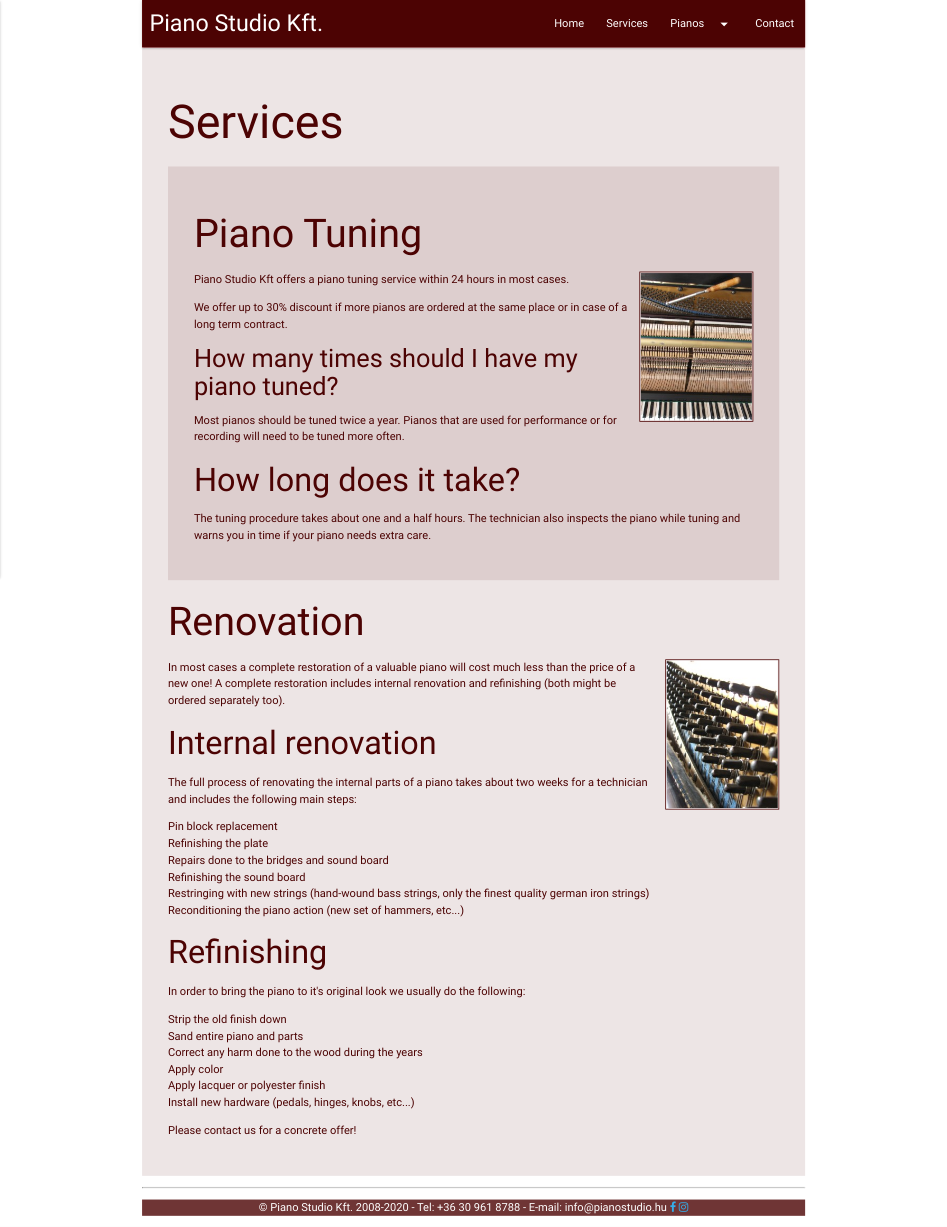
Repository: badiattila/pianostudioheroku
Page: http://localhost/services
The author's editor kept a record of every edit. The page is drawn from the files as they stood at one moment, then again after the next edit.
The browser window is 1280 px wide. The pictures show the whole page, at 74% of full size.
Some web libraries are served in a nearby version. The page is served by the project's application, run on Flask 3 (app.py).

Above is the page before.

### templates/services.html
{% extends 'base.html' %} {% block content %}

<!-- Services -->
<div class="op" id="services">
    <h1>Services</h1>
    <p></p>

    <div>
        <div class="op" id="tuning">
            <h2 id="tuning">Piano Tuning</h2>
            <img class="right-teaser" src="{{url_for('static', filename='pictures/hangolas.jpg')}}" alt="Piano Tuning" />
            <p>Piano Studio Kft offers a piano tuning service within 24 hours in most cases.</p>

            <p>We offer up to 30% discount if more pianos are ordered at the same place or in case of a long term contract.</p>

            <h4>How many times should I have my piano tuned?</h3>
            <p>Most pianos should be tuned twice a year. Pianos that are used for performance or for recording will need to be tuned more often.</p>

            <h3>How long does it take?</h3>
            <p>The tuning procedure takes about one and a half hours. The technician also inspects the piano while tuning and warns you in time if your piano needs extra care.</p>
        </div>
        <div>
            <h2 id="renovation">Renovation</h2>
            <img class="right-teaser" src="{{url_for('static', filename='pictures/pins.jpg')}}" alt="Piano Pins" />
            <p>In most cases a complete restoration of a valuable piano will cost much less than the price of a new one! A complete restoration includes internal renovation and refinishing (both might be ordered separately too).</p>

            <h3>Internal renovation</h3>
            <p>The full process of renovating the internal parts of a piano takes about two weeks for a technician and includes the following main steps:</p>
            <ul>
                <li>Pin block replacement</li>
                <li>Refinishing the plate</li>
                <li>Repairs done to the bridges and sound board</li>
                <li>Refinishing the sound board</li>
                <li>Restringing with new strings (hand-wound bass strings, only the finest quality german iron strings)</li>
                <li>Reconditioning the piano action (new set of hammers, etc...)</li>
            </ul>
            <h3>Refinishing</h3>
            <p>In order to bring the piano to it's original look we usually do the following:</p>
            <ul>
                <li>Strip the old finish down</li>
                <li>Sand entire piano and parts</li>
                <li>Correct any harm done to the wood during the years</li>
                <li>Apply color</li>
                <li>Apply lacquer or polyester finish</li>
                <li>Install new hardware (pedals, hinges, knobs, etc...)</li>
            </ul>
            <p>Please contact us for a concrete offer!</p>
        </div>
    </div>
</div>
<hr> {% endblock %}

### templates/base.html
<!DOCTYPE html>

<html lang="en">

<head>

    <!-- Meta tags -->
    <meta charset="utf-8">
    <!-- Font awsome -->
    <link rel="stylesheet" href="https://maxcdn.bootstrapcdn.com/font-awesome/4.7.0/css/font-awesome.min.css" type="text/css" />
    <!-- Hover -->
    <link rel="stylesheet" href="https://cdnjs.cloudflare.com/ajax/libs/hover.css/2.1.1/css/hover-min.css" type="text/css" />
    <!-- Material icons by Google -->
    <link href="https://fonts.googleapis.com/icon?family=Material+Icons" rel="stylesheet">
    <!-- Compiled and minified materialize CSS -->
    <link rel="stylesheet" href="https://cdnjs.cloudflare.com/ajax/libs/materialize/0.100.2/css/materialize.min.css">
    <!-- Specific Css for this website -->
    <link rel="stylesheet" href="{{url_for('static', filename='css/style.css')}}" type="text/css" />

    <title>Piano Studio Kft. - Services - </title>
    <link href="{{url_for('static', filename='pictures/favicon.ico')}}" rel="shortcut icon" type="image/x-icon" />
    <meta name="description" content="Piano rental, tuning and repair - Piano Studio Kft." />
    <meta name="keywords" content="Piano rental,piano tuning,piano repair,piano studio" />
    <meta name="copyright" content="Piano Studio Kft." />
    <meta name="author" content="Attila Badi/Piano Studio Kft." />
    <meta name="email" content="info@pianostudio.hu" /> {% block head %} {% endblock %}


</head>

<body>
    <div class="container">
        <header>
            <ul id="dropdown2" class="dropdown-content">
                <li><a href="{{url_for('pianos_for_sale')}}">Sale</a></li>
                <li><a href="{{url_for('createadd')}}">Create Add</a></li>
            </ul>
            <nav>
                <div class="nav-wrapper redbg">
                    <a href="{{url_for('index')}}" class="brand-logo">Piano Studio Kft.</a>
                    <a href="#" data-activates="mobile-demo" class="button-collapse"><i class="material-icons">menu</i></a>
                    <ul id="nav-mobile" class="right hide-on-med-and-down">
                        <li><a href="{{url_for('index')}}">Home</a></li>
                        <li><a href="{{url_for('services')}}">Services</a></li>
                        <!-- Dropdown Trigger -->
                        <li><a class="dropdown-trigger" href="#!" data-target="dropdown2">Pianos<i class="material-icons right">arrow_drop_down</i></a></li>

                        <li><a href="{{url_for('contact')}}">Contact</a></li>
                    </ul>
                    <ul class="side-nav" id="mobile-demo">
                        <li><a href="{{url_for('index')}}">Home</a></li>
                        <li><a href="{{url_for('services')}}">Services</a></li>
                        <li><a href="{{url_for('pianos_for_sale')}}">Sale</a></li>
                        <li><a href="{{url_for('createadd')}}">Create Add</a></li>
                        <li><a href="{{url_for('contact')}}">Contact</a></li>
                    </ul>
                </div>
            </nav>

        </header>
        {% block content %} {% endblock %}

        <footer class="footer redbg">
            <p>&copy; Piano Studio Kft. 2008-2020 - Tel: +36 30 961 8788 - E-mail: info@pianostudio.hu
                <a target="_blank" href="https://www.facebook.com/zongoraterem"><i class="fa fa-facebook" aria-hidden="true"></i></a>
                <a target="_blank" href="https://www.instagram.com/pianostudiokft"><i class="fa fa-instagram" aria-hidden="true"></i></a>
            </p>
        </footer>
    </div>

    <script src="https://code.jquery.com/jquery-3.4.1.min.js" integrity="sha256-CSXorXvZcTkaix6Yvo6HppcZGetbYMGWSFlBw8HfCJo=" crossorigin="anonymous"></script>
    <script src="https://cdnjs.cloudflare.com/ajax/libs/materialize/0.100.2/js/materialize.min.js"></script>

    <script>
        $(document).ready(function() {
            $('.modal').modal();
            $('.dropdown-trigger').dropdown();
            $('.collapsible').collapsible();
            $('select').material_select();
            $('.button-collapse').sideNav();
        });
    </script>

</body>

</html>

### app.py
import os
from flask import Flask, render_template, redirect, request, url_for
from flask_pymongo import PyMongo
from bson.objectid import ObjectId
from flask_mail import Mail, Message

app = Flask(__name__)

app.config["MONGO_DBNAME"] = 'piano_studio'
app.config["MONGO_URI"] = 'mongodb://attilabadi:K00nK00n1234@mycodeinstitutecluster-shard-00-00-wpsfr.mongodb.net:27017,mycodeinstitutecluster-shard-00-01-wpsfr.mongodb.net:27017,mycodeinstitutecluster-shard-00-02-wpsfr.mongodb.net:27017/piano_studio?ssl=true&replicaSet=MyCodeInstituteCluster-shard-0&authSource=admin&retryWrites=true&w=majority'
mongo = PyMongo(app)

app.config.update(
	DEBUG=True,
	#EMAIL SETTINGS
	MAIL_SERVER='mail.pianostudio.hu',
	MAIL_PORT=465,
	MAIL_USE_SSL=True,
	MAIL_USERNAME = 'contact@pianostudio.hu',
	MAIL_PASSWORD = os.environ.get('SMTPPW')
	)
mail = Mail(app)

@app.route('/')
@app.route('/index')
def index():
        return render_template("index.html")

@app.route('/contact')
def contact():
        return render_template("contact.html")

@app.route('/services')
def services():
        return render_template("services.html")

@app.route('/pianos_for_sale')
def pianos_for_sale():
        return render_template("pianos_for_sale.html", pianos=mongo.db.pianos_4_sale.find(), images=mongo.db.pianos_4_sale.find())

@app.route('/createadd')
def createadd():
        return render_template("create_add.html")

@app.route('/insert_add', methods=['POST'])
def insert_add():
        file_id = mongo.save_file(request.files['picture'].filename, request.files['picture'])
        mongo.db.pianos_4_sale.insert({
            'brand': request.form.get('brand') ,
            'description' : request.form.get('description') ,
            'age' : request.form.get('age') ,
            'price' : request.form.get('price') ,
            'file_name' : request.files['picture'].filename})
        return redirect(url_for('pianos_for_sale'))

@app.route('/file/<file_name>')
def file(file_name):
    return mongo.send_file(file_name)

@app.route('/delete_piano/<piano_id>')
def delete_piano(piano_id):
    mongo.db.pianos_4_sale.remove({'_id': ObjectId(piano_id)})
    return redirect(url_for('pianos_for_sale'))

@app.route('/edit_piano/<piano_id>')
def edit_piano(piano_id):
    return render_template('edit_piano.html', piano=mongo.db.pianos_4_sale.find_one({"_id": ObjectId(piano_id)}))


@app.route('/update_piano/<piano_id>', methods=['POST'])
def update_piano(piano_id):
    file_id = mongo.save_file(request.files['picture'].filename, request.files['picture'])
    mongo.db.pianos_4_sale.update( {'_id': ObjectId(piano_id)},
    {
            'brand': request.form.get('brand') ,
            'description' : request.form.get('description') ,
            'age' : request.form.get('age') ,
            'price' : request.form.get('price') ,
            'file_name' : request.files['picture'].filename
    })
    return redirect(url_for('pianos_for_sale'))

@app.route('/send_mail/', methods=['POST'])
def send_mail():
	try:
		msg = Message("Contact form mail from pianostudio",
		  sender=request.form.get('user_email'),
		  recipients=["attila.badi@gmail.com"])
		msg.body = request.form.get('message')
		mail.send(msg)
		return 'Mail sent!'
	except:
		return "Something went wrong"

if __name__ == '__main__':
    app.run(host=os.environ.get('IP'),
        port=int(os.environ.get('PORT')),
        debug=True)

### static/css/style.css
.left {
  float: left;
}

.right {
  float: right;
}

/* Picture formatting for gallery and teaser pictures */

.right-teaser {
  padding: 1px;
  border: 1px solid #4c0303;
  float: right;
  margin: 0 0 1em 1em;
  width: 12vw;
}

.galery-pic {
  padding: 1px;
  border: 1px solid #4c0303;
  margin: 0 0 1em 1em;
  width: 12vw;
}

.btn_small {
  height: 24px;
  width: 60px;
  line-height: 24px;
  margin: 5px 5px;
  padding: 0 0.5em;
}

.btn_mid {
  height: 24px;
  width: 120px;
  line-height: 24px;
  margin: 5px 5px;
  padding: 0 0.5em;
}

.footer {
  color: white;
  opacity: 0.8;
  filter: alpha(opacity=80);
  text-align: center;
}

.redbg {
  background-color: #4c0303;
}

.nav-wrapper {
  padding-left: 10px;
}

/* Opacity classes for different elements */

.op {
  background: rgba(76, 3, 3, 0.1);
  /*background with 30% opacity */
  color: rgba(76, 3, 3);
  padding: 35px;
  margin-bottom: 15px;
}

.dropdown-content {
  width: max-content !important;
  height: auto !important;
}

/* ID based background behaviour */
#intro {
    background-attachment: scroll;
    background-image: url('../pictures/4k-wallpaper-close-up-fingers-1246437.jpg');
    background-position: center;
    background-size: cover;
    width: 100vw;
    background-repeat: no-repeat;
    position: relative;
}

After the next edit:
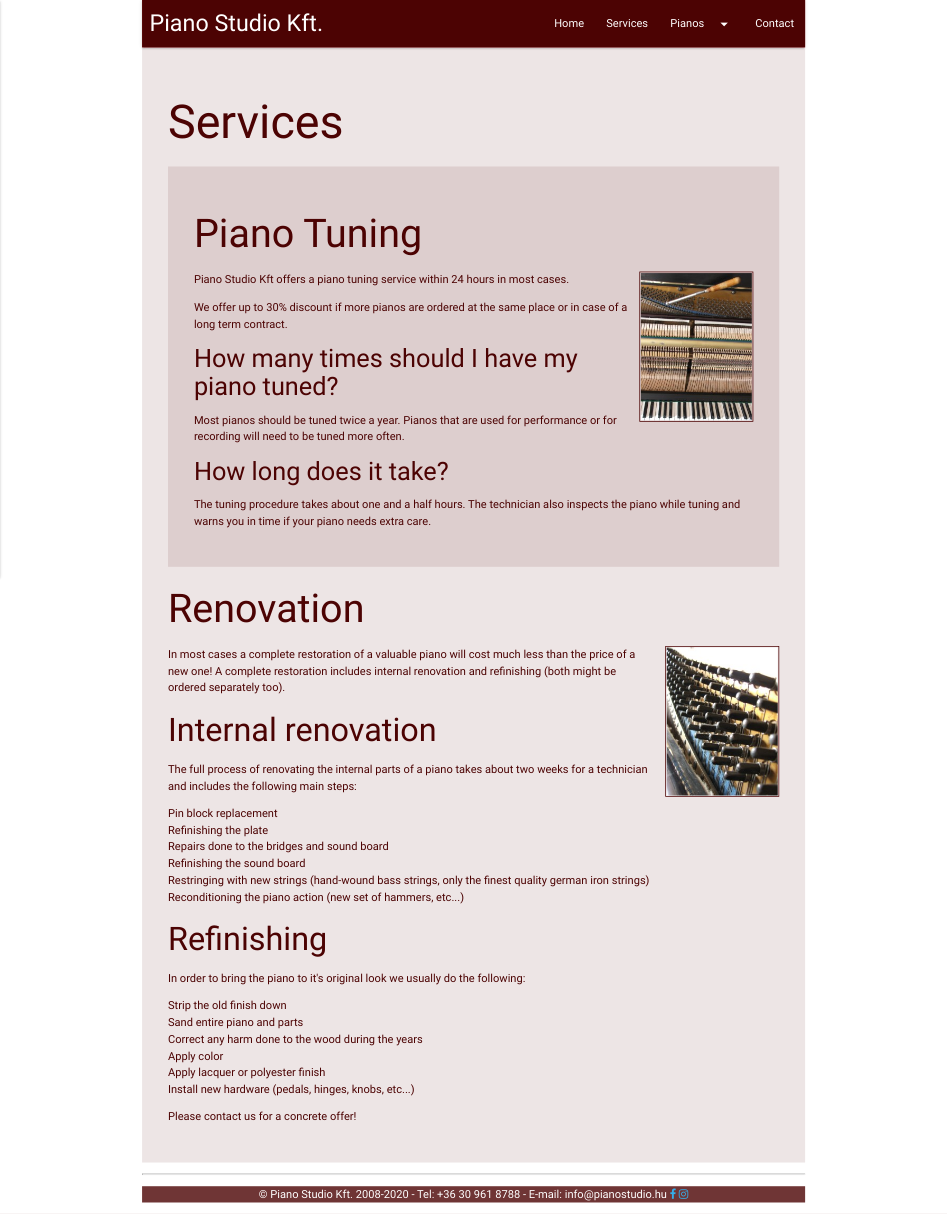
The edit:
--- a/templates/services.html
+++ b/templates/services.html
@@ -16,7 +16,7 @@
             <h4>How many times should I have my piano tuned?</h3>
             <p>Most pianos should be tuned twice a year. Pianos that are used for performance or for recording will need to be tuned more often.</p>
 
-            <h3>How long does it take?</h3>
+            <h4>How long does it take?</h4>
             <p>The tuning procedure takes about one and a half hours. The technician also inspects the piano while tuning and warns you in time if your piano needs extra care.</p>
         </div>
         <div>
